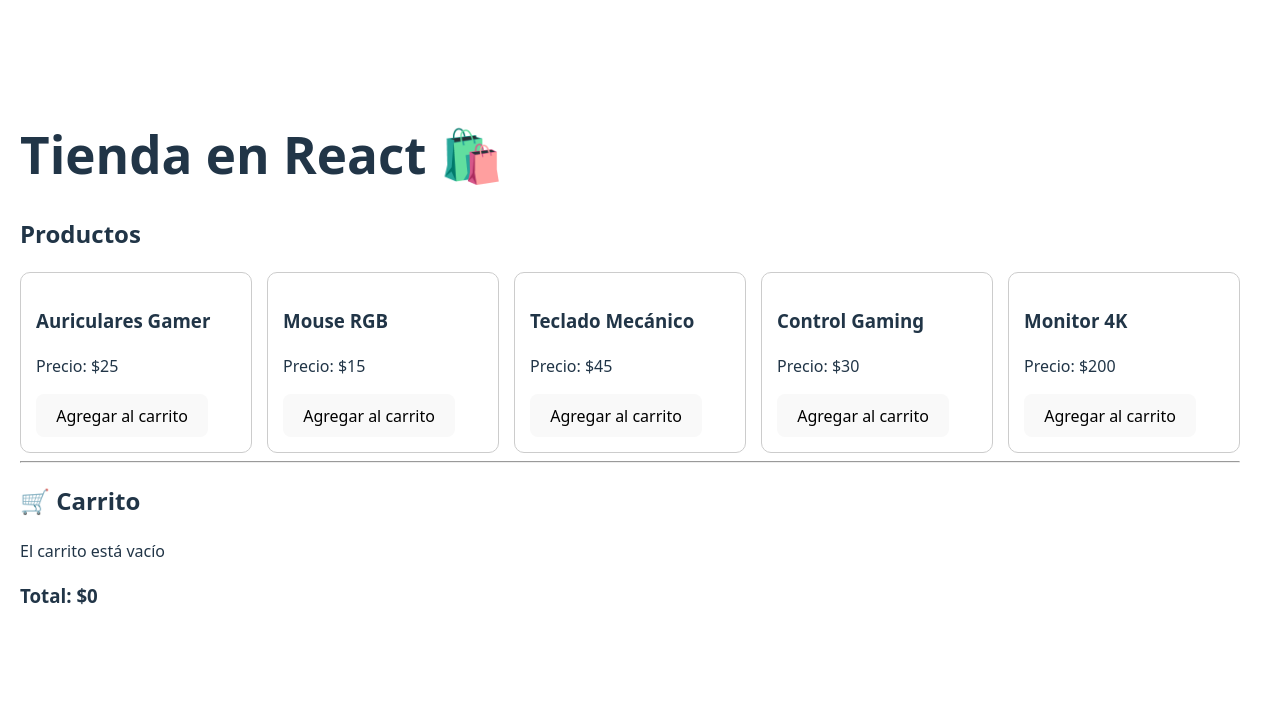
Repository: VictorDS64/PP-STDPROJECTS
Page: / (app in .Mi segunda pagina con react/mi-app-react/)
An editor plug-in stored every save of this project. The page is shown before and after a run of saves, followed by the edit.
The browser window is 1280 px wide. The pictures show the whole page.
The project was rebuilt for these pictures with package versions that can differ from the ones it lists, and the page was loaded fresh each time. Also part of the build but not shown: .Mi segunda pagina con react/mi-app-react/vite.config.js.

Above is the page before, as saved 2026-01-08 19:30:15.

After the next 3 saves:
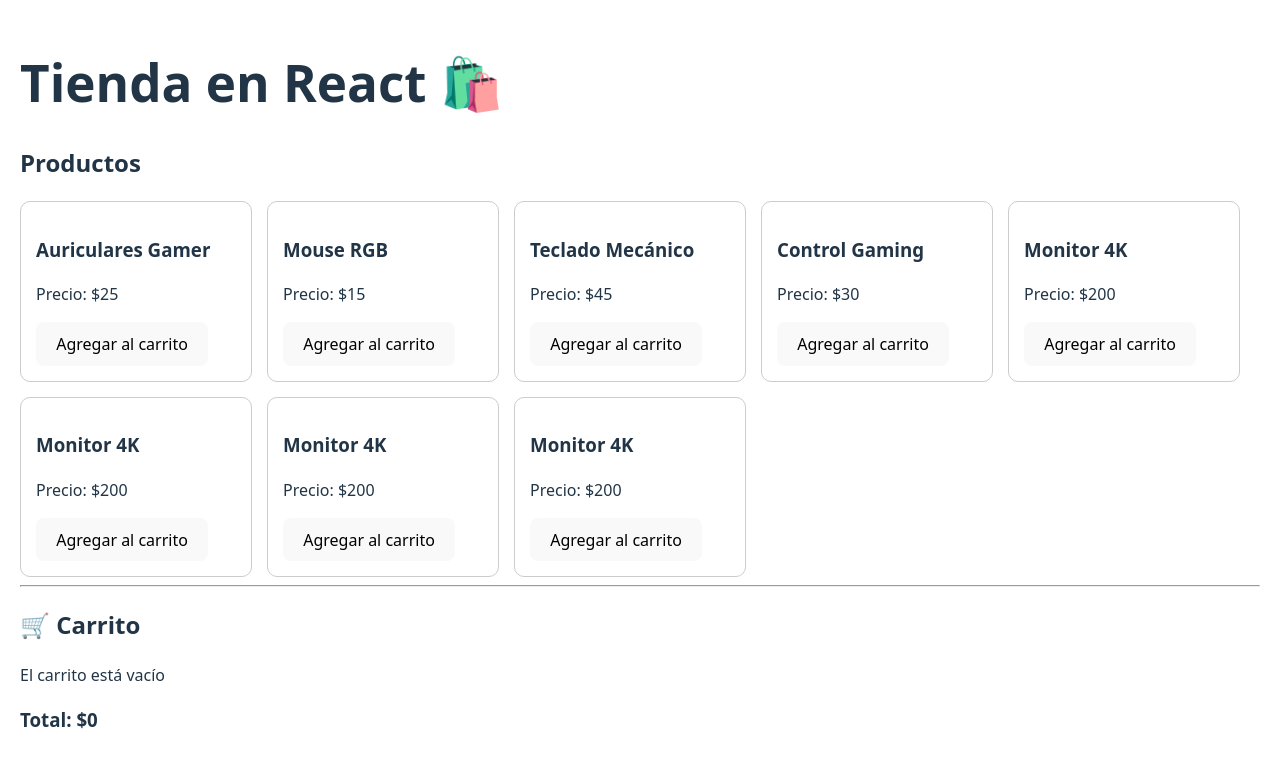
The 3 saves are shown as one change because they came seconds apart.
The last was saved 93 min 15 s later.
--- a/.Mi segunda pagina con react/mi-app-react/src/data/products.js
+++ b/.Mi segunda pagina con react/mi-app-react/src/data/products.js
@@ -4,6 +4,9 @@ const products = [
   { id: 3, name: "Teclado Mecánico", price: 45 },
   { id: 4, name: "Control Gaming", price: 30 },
   { id: 5, name: "Monitor 4K", price: 200 },
+  { id: 5, name: "Monitor 4K", price: 200 },
+  { id: 5, name: "Monitor 4K", price: 200 },
+  { id: 5, name: "Monitor 4K", price: 200 },
 
 ];
 
